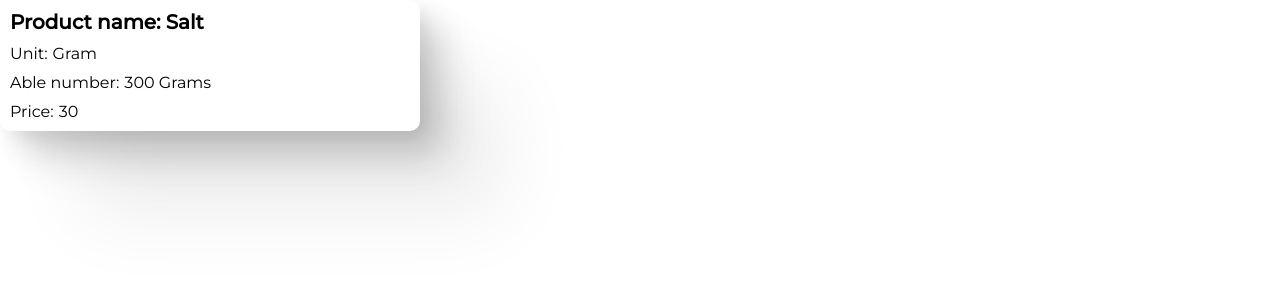
Repository: OlexandraKovach2/Vue
Page: / (app in vuexam/brila-exam/)
These files come from the project's save history. The page is drawn as it stood at one moment and after the next save; the edit follows.
The browser window is 1280 px wide. The pictures show the whole page.
The project was rebuilt for these pictures with package versions that can differ from the ones it lists, and the page was loaded fresh each time. Also part of the build but not shown: vuexam/brila-exam/vue.config.js.

Above is the page before, as saved 2022-11-08 21:51:25.

After the next save:
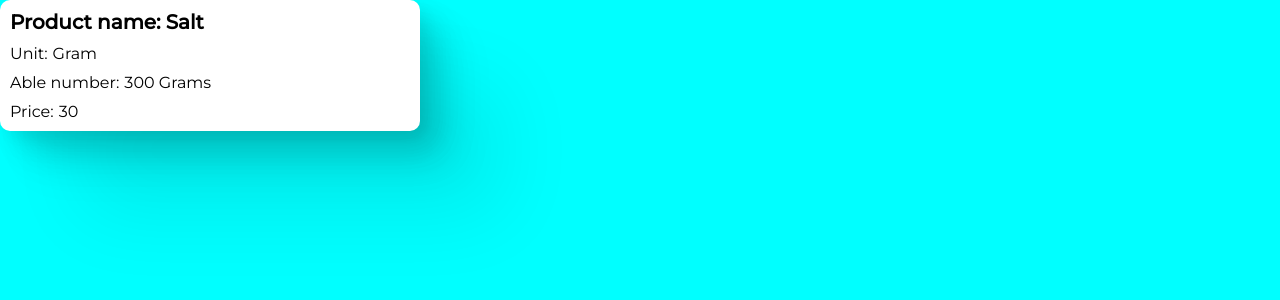
Saved 18 s later.
--- a/vuexam/brila-exam/public/index.html
+++ b/vuexam/brila-exam/public/index.html
@@ -17,9 +17,13 @@
 </html>
 
 <style>
+
   *{
     padding: 0px;
     margin: 0px;
   }
+  body{
+    background-color: aqua;
+  }
 
 </style>
